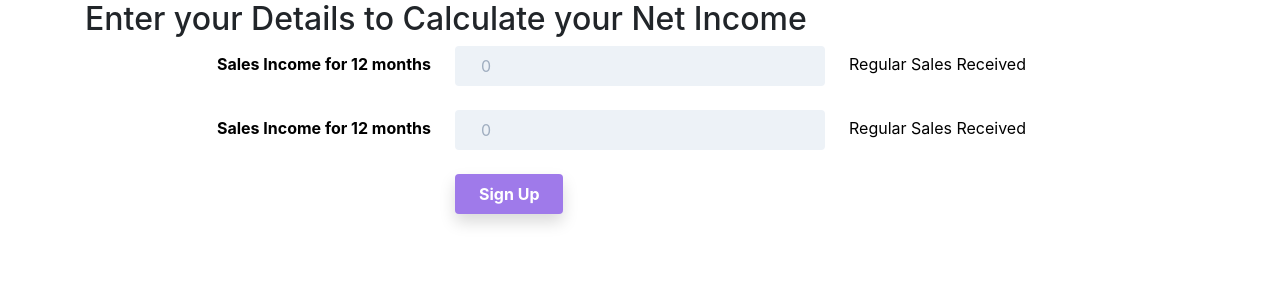
Repository: latenightsnacc/Financial-Forecast
Page: financial-forecast.html
An editor plug-in stored every save of this project. The page is shown before and after the next save, followed by the edit.
The browser window is 1280 px wide. The pictures show the whole page.

Above is the page before, as saved 2020-11-15 11:40:34.

### financial-forecast.html
<!DOCTYPE html>
<html lang="en">
<head>
    <meta charset="UTF-8">
    <meta name="viewport" content="width=device-width, initial-scale=1.0">
    <!--Tailwind CDN-->
    <link rel="stylesheet" href="https://cdnjs.cloudflare.com/ajax/libs/tailwindcss/1.9.6/base.min.css" integrity="sha512-hEjkvMSM0ql6VJcNK0gTmjt9ar8F2yHeBUbJKtyvQhkkbGMhiJ4+MaiB8XxsthLAHJx5vy2I9dN0un8HiWG2LA==" crossorigin="anonymous" />
    <link rel="stylesheet" href="https://cdnjs.cloudflare.com/ajax/libs/tailwindcss/1.9.6/components.min.css" integrity="sha512-TizAONqhvXjEfRPhptSUkZNVU497PzAnXNGNUoeOjeni4dHpJ+ak+ZsyoGna20LH/yg1PvdufN1VbnVQeVDftg==" crossorigin="anonymous" />
    <link rel="stylesheet" href="https://cdnjs.cloudflare.com/ajax/libs/tailwindcss/1.9.6/tailwind.css" integrity="sha512-HY1FOTeAX9idUBWDhVDrBg8QUHBisKVQ4BCVj1jFo5z76mk87w4Rr5YGP8nBkcGmoMzqYvdeXHMOg/olF45z3g==" crossorigin="anonymous" />
    <link rel="stylesheet" href="https://cdnjs.cloudflare.com/ajax/libs/tailwindcss/1.9.6/utilities.min.css" integrity="sha512-0QJfuLKyYJWGB5hKArJW67xqMLDlR8YaLM/ZuW2mRn4NRwHNsGm7UuREc5Fu7jONHyewPKnGODY0N8G+FQbfxg==" crossorigin="anonymous" />
    <!--Bootstrap CDN-->
    <link rel="stylesheet" href="https://cdn.jsdelivr.net/npm/bootstrap@4.5.3/dist/css/bootstrap.min.css" integrity="sha384-TX8t27EcRE3e/ihU7zmQxVncDAy5uIKz4rEkgIXeMed4M0jlfIDPvg6uqKI2xXr2" crossorigin="anonymous">
    <title>Financial Forecast |Resaads Consults - Think Millenial</title>
</head>
<body>
    <div class="container">
        <!--Navigation-->
    </div>
    <div class="wrapper">
        <div class="container">
            <h2 class="title">Enter your Details to Calculate your Net Income</h2>
        </div>
        <div class="container">
            <form class="w-full max-w-none">
                <!--Sales Income-->
                <div class="md:flex md:items-center mb-6">
                  <div class="md:w-1/3">
                    <label class="block text-black font-bold md:text-right mb-1 md:mb-0 pr-4" for="inline-full-name" placeholder="0">
                      Sales Income for 12 months
                    </label>
                  </div>
                  <div class="md:w-1/3">
                    <input class="bg-gray-200 appearance-none border-2 border-gray-200 rounded w-full py-2 px-4 text-gray-700 leading-tight focus:outline-none focus:bg-white focus:border-grey-500" id="inline-full-name" type="text" placeholder="0">
                  </div>
                  <div class="md:w-1/3">
                    <label class="block text-black font-500 md:text-right mb-1 md:mb-0 pl-4 float-left" for="inline-full-name" >
                      Regular Sales Received
                    </label>
                  </div>
                </div>
                <!--Other Income-->
                <div class="md:flex md:items-center mb-6">
                    <div class="md:w-1/3">
                      <label class="block text-black font-bold md:text-right mb-1 md:mb-0 pr-4" for="inline-full-name" placeholder="0">
                        Sales Income for 12 months
                      </label>
                    </div>
                    <div class="md:w-1/3">
                      <input class="bg-gray-200 appearance-none border-2 border-gray-200 rounded w-full py-2 px-4 text-gray-700 leading-tight focus:outline-none focus:bg-white focus:border-grey-500" id="inline-full-name" type="text" placeholder="0">
                    </div>
                    <div class="md:w-1/3">
                      <label class="block text-black font-500 md:text-right mb-1 md:mb-0 pl-4 float-left" for="inline-full-name" >
                        Regular Sales Received
                      </label>
                    </div>
                </div>

                <div class="md:flex md:items-center">
                  <div class="md:w-1/3"></div>
                  <div class="md:w-2/3">
                    <button class="shadow bg-purple-500 hover:bg-purple-400 focus:shadow-outline focus:outline-none text-white font-bold py-2 px-4 rounded" type="button">
                      Sign Up
                    </button>
                  </div>
                </div>
              </form>
        </div>
    </div>
    <!--Bootstrap Scripts-->
    <script src="https://code.jquery.com/jquery-3.5.1.slim.min.js" integrity="sha384-DfXdz2htPH0lsSSs5nCTpuj/zy4C+OGpamoFVy38MVBnE+IbbVYUew+OrCXaRkfj" crossorigin="anonymous"></script>
    <script src="https://cdn.jsdelivr.net/npm/popper.js@1.16.1/dist/umd/popper.min.js" integrity="sha384-9/reFTGAW83EW2RDu2S0VKaIzap3H66lZH81PoYlFhbGU+6BZp6G7niu735Sk7lN" crossorigin="anonymous"></script>
    <script src="https://cdn.jsdelivr.net/npm/bootstrap@4.5.3/dist/js/bootstrap.min.js" integrity="sha384-w1Q4orYjBQndcko6MimVbzY0tgp4pWB4lZ7lr30WKz0vr/aWKhXdBNmNb5D92v7s" crossorigin="anonymous"></script>
</body>
</html>

After the next save:
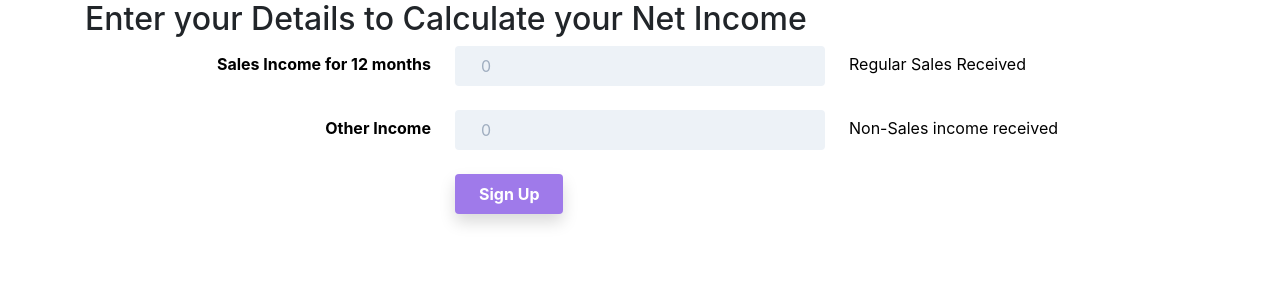
Saved 29 s later.
--- a/financial-forecast.html
+++ b/financial-forecast.html
@@ -42,7 +42,7 @@
                 <div class="md:flex md:items-center mb-6">
                     <div class="md:w-1/3">
                       <label class="block text-black font-bold md:text-right mb-1 md:mb-0 pr-4" for="inline-full-name" placeholder="0">
-                        Sales Income for 12 months
+                        Other Income
                       </label>
                     </div>
                     <div class="md:w-1/3">
@@ -50,7 +50,7 @@
                     </div>
                     <div class="md:w-1/3">
                       <label class="block text-black font-500 md:text-right mb-1 md:mb-0 pl-4 float-left" for="inline-full-name" >
-                        Regular Sales Received
+                        Non-Sales income received
                       </label>
                     </div>
                 </div>
